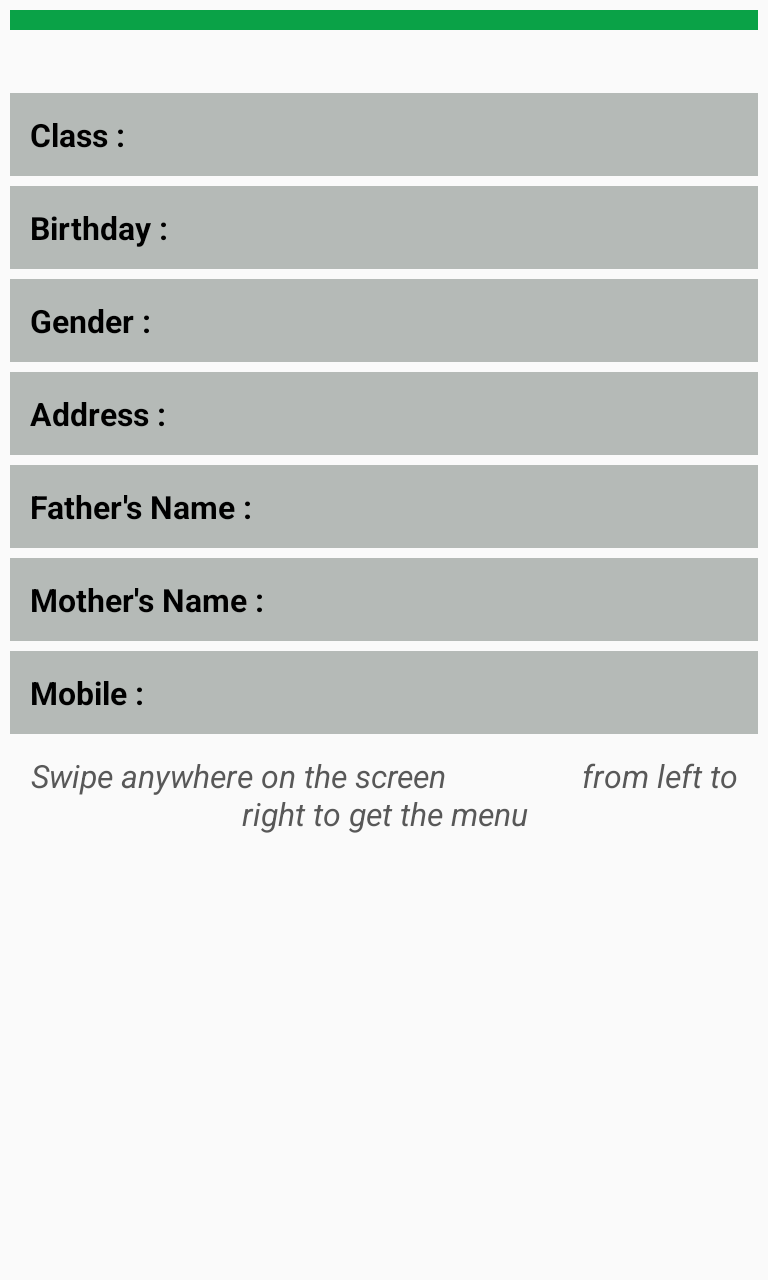
Repository: iguardian2015/iguardian-litchi
Layout: iguardian/res/layout/costum_main_student.xml
The author's editor kept a copy of each file at every save. The layout is drawn from the files as they stood at one save, then again after the next save.
It is drawn on a 768 x 1280 px phone screen (xhdpi) without system bars, with theme AppTheme; the app's code is not run.

Above is the layout before, as saved 2015-01-03 21:43:09.

### iguardian/res/layout/costum_main_student.xml
<ScrollView xmlns:android="http://schemas.android.com/apk/res/android"
    xmlns:tools="http://schemas.android.com/tools"
    android:layout_width="fill_parent"
    android:layout_height="fill_parent"
    tools:context=".ComposeMessage" >

    <LinearLayout
        android:layout_width="match_parent"
        android:layout_height="wrap_content"
        android:layout_centerInParent="false"
        android:orientation="vertical"
        android:padding="5dp" >

        <ImageView
            android:id="@+id/student_image"
            android:layout_width="fill_parent"
            android:layout_height="fill_parent"
            android:layout_gravity="center"
            android:background="#0AA247"
            android:padding="5dp" />

        <TextView
            android:id="@+id/student_name"
            android:layout_width="fill_parent"
            android:layout_height="wrap_content"
            android:gravity="center"
            android:padding="5dp"
            android:textColor="#000000"
            android:textSize="16sp"
            android:textStyle="bold" />

        <LinearLayout
            android:layout_width="match_parent"
            android:layout_height="wrap_content"
            android:layout_centerInParent="false"
            android:layout_marginBottom="5dp"
            android:background="#B5BAB7"
            android:orientation="horizontal"
            android:padding="5dp" >

            <TextView
                android:id="@+id/student_classs"
                android:layout_width="wrap_content"
                android:layout_height="wrap_content"
                android:gravity="left"
                android:padding="5dp"
                android:text="Class :"
                android:textColor="#000000"
                android:textSize="16sp"
                android:textStyle="bold" />

            <TextView
                android:id="@+id/student_class"
                android:layout_width="wrap_content"
                android:layout_height="wrap_content"
                android:padding="5dp"
                android:textColor="#000000"
                android:textSize="14sp"
                android:textStyle="italic" />
        </LinearLayout>

        <LinearLayout
            android:layout_width="match_parent"
            android:layout_height="wrap_content"
            android:layout_centerInParent="false"
            android:layout_marginBottom="5dp"
            android:background="#B5BAB7"
            android:orientation="horizontal"
            android:padding="5dp" >

            <TextView
                android:id="@+id/student_birth_dates"
                android:layout_width="wrap_content"
                android:layout_height="wrap_content"
                android:gravity="left"
                android:padding="5dp"
                android:text="Birthday :"
                android:textColor="#000000"
                android:textSize="16sp"
                android:textStyle="bold" />

            <TextView
                android:id="@+id/student_birth_date"
                android:layout_width="wrap_content"
                android:layout_height="wrap_content"
                android:padding="5dp"
                android:textColor="#000000"
                android:textSize="14sp"
                android:textStyle="italic"
                android:typeface="sans" />
        </LinearLayout>

        <LinearLayout
            android:layout_width="match_parent"
            android:layout_height="wrap_content"
            android:layout_centerInParent="false"
            android:layout_marginBottom="5dp"
            android:background="#B5BAB7"
            android:orientation="horizontal"
            android:padding="5dp" >

            <TextView
                android:id="@+id/student_genders"
                android:layout_width="wrap_content"
                android:layout_height="wrap_content"
                android:gravity="left"
                android:padding="5dp"
                android:text="Gender :"
                android:textColor="#000000"
                android:textSize="16sp"
                android:textStyle="bold" />

            <TextView
                android:id="@+id/student_gender"
                android:layout_width="wrap_content"
                android:layout_height="wrap_content"
                android:padding="5dp"
                android:textColor="#000000"
                android:textSize="14sp"
                android:textStyle="italic" />
        </LinearLayout>

        <LinearLayout
            android:layout_width="match_parent"
            android:layout_height="wrap_content"
            android:layout_centerInParent="false"
            android:layout_marginBottom="5dp"
            android:background="#B5BAB7"
            android:orientation="horizontal"
            android:padding="5dp" >

            <TextView
                android:id="@+id/student_addresses"
                android:layout_width="wrap_content"
                android:layout_height="wrap_content"
                android:gravity="left"
                android:padding="5dp"
                android:text="Address :"
                android:textColor="#000000"
                android:textSize="16sp"
                android:textStyle="bold" />

            <TextView
                android:id="@+id/student_address"
                android:layout_width="wrap_content"
                android:layout_height="wrap_content"
                android:padding="5dp"
                android:textColor="#000000"
                android:textSize="14sp"
                android:textStyle="italic" />
        </LinearLayout>

        <LinearLayout
            android:layout_width="match_parent"
            android:layout_height="wrap_content"
            android:layout_centerInParent="false"
            android:layout_marginBottom="5dp"
            android:background="#B5BAB7"
            android:orientation="horizontal"
            android:padding="5dp" >

            <TextView
                android:id="@+id/student_father_names"
                android:layout_width="wrap_content"
                android:layout_height="wrap_content"
                android:gravity="left"
                android:padding="5dp"
                android:text="Father&apos;s Name :"
                android:textColor="#000000"
                android:textSize="16sp"
                android:textStyle="bold" />

            <TextView
                android:id="@+id/student_father_name"
                android:layout_width="wrap_content"
                android:layout_height="wrap_content"
                android:padding="5dp"
                android:textColor="#000000"
                android:textSize="14sp"
                android:textStyle="italic"
                android:typeface="sans" />
        </LinearLayout>

        <LinearLayout
            android:layout_width="match_parent"
            android:layout_height="wrap_content"
            android:layout_centerInParent="false"
            android:layout_marginBottom="5dp"
            android:background="#B5BAB7"
            android:orientation="horizontal"
            android:padding="5dp" >

            <TextView
                android:id="@+id/student_mother_names"
                android:layout_width="wrap_content"
                android:layout_height="wrap_content"
                android:gravity="left"
                android:padding="5dp"
                android:text="Mother&apos;s Name :"
                android:textColor="#000000"
                android:textSize="16sp"
                android:textStyle="bold" />

            <TextView
                android:id="@+id/student_mother_name"
                android:layout_width="wrap_content"
                android:layout_height="wrap_content"
                android:padding="5dp"
                android:textColor="#000000"
                android:textSize="14sp"
                android:textStyle="italic" />
        </LinearLayout>

        <LinearLayout
            android:layout_width="match_parent"
            android:layout_height="wrap_content"
            android:layout_centerInParent="false"
            android:layout_marginBottom="5dp"
            android:background="#B5BAB7"
            android:orientation="horizontal"
            android:padding="5dp" >

            <TextView
                android:id="@+id/student_mobile"
                android:layout_width="wrap_content"
                android:layout_height="wrap_content"
                android:gravity="left"
                android:padding="5dp"
                android:text="Mobile :"
                android:textColor="#000000"
                android:textSize="16sp"
                android:textStyle="bold" />

            <TextView
                android:id="@+id/no_of_communication"
                android:layout_width="fill_parent"
                android:layout_height="wrap_content"
                android:padding="5dp"
                android:textColor="#000000"
                android:textSize="14sp"
                android:textStyle="italic" />
        </LinearLayout>

        <TextView
            android:id="@+id/swipe_anywhere"
            android:layout_width="match_parent"
            android:layout_height="wrap_content"
            android:gravity="center"
            android:padding="5dp"
            android:text="Swipe anywhere on the screen
                from left to right to get the menu"
            android:textColor="#585858"
            android:textSize="16sp"
            android:textStyle="italic" />
    </LinearLayout>

</ScrollView>

### iguardian/res/values/styles.xml
<resources>

    <!--
        Base application theme, dependent on API level. This theme is replaced
        by AppBaseTheme from res/values-vXX/styles.xml on newer devices.
    -->
    <style name="AppBaseTheme" parent="Theme.AppCompat.Light">
        <!--
            Theme customizations available in newer API levels can go in
            res/values-vXX/styles.xml, while customizations related to
            backward-compatibility can go here.
        -->
    </style>

    <!-- Application theme. -->
    <style name="AppTheme" parent="AppBaseTheme">
        <!-- All customizations that are NOT specific to a particular API-level can go here. -->
    </style>

    <style name="DefaultButtonText">
       <item name="android:layout_width">fill_parent</item>
        <item name="android:layout_height">wrap_content</item>
        <item name="android:textColor">#FFFFFF</item>
        <item name="android:gravity">center</item>
        <item name="android:layout_margin">3dp</item>
        <item name="android:textStyle">normal</item>
        <item name="android:textSize">20sp</item>
        <item name="android:shadowColor">#f9f9f9</item>
        <item name="android:shadowDx">1</item>
        <item name="android:shadowDy">1</item>
        <item name="android:shadowRadius">1</item>
    </style>

    <style name="btnStyleBeige" parent="@android:style/Widget.Button">
       <item name="android:textSize">15sp</item>
       <item name="android:textStyle">bold</item>
       <item name="android:textColor">#5d6153</item>
       <item name="android:gravity">center</item>
       <item name="android:shadowColor">#000000</item>
       <item name="android:shadowDx">1</item>
       <item name="android:shadowDy">1</item>
       <item name="android:shadowRadius">0.6</item>
       <item name="android:background">@drawable/custom_button</item>
       <item name="android:padding">10dip</item>
   </style>

</resources>

Loaded but not shown: iguardian/res/values-v11/styles.xml (common file); iguardian/res/values-v14/styles.xml (common file)

After the next save:
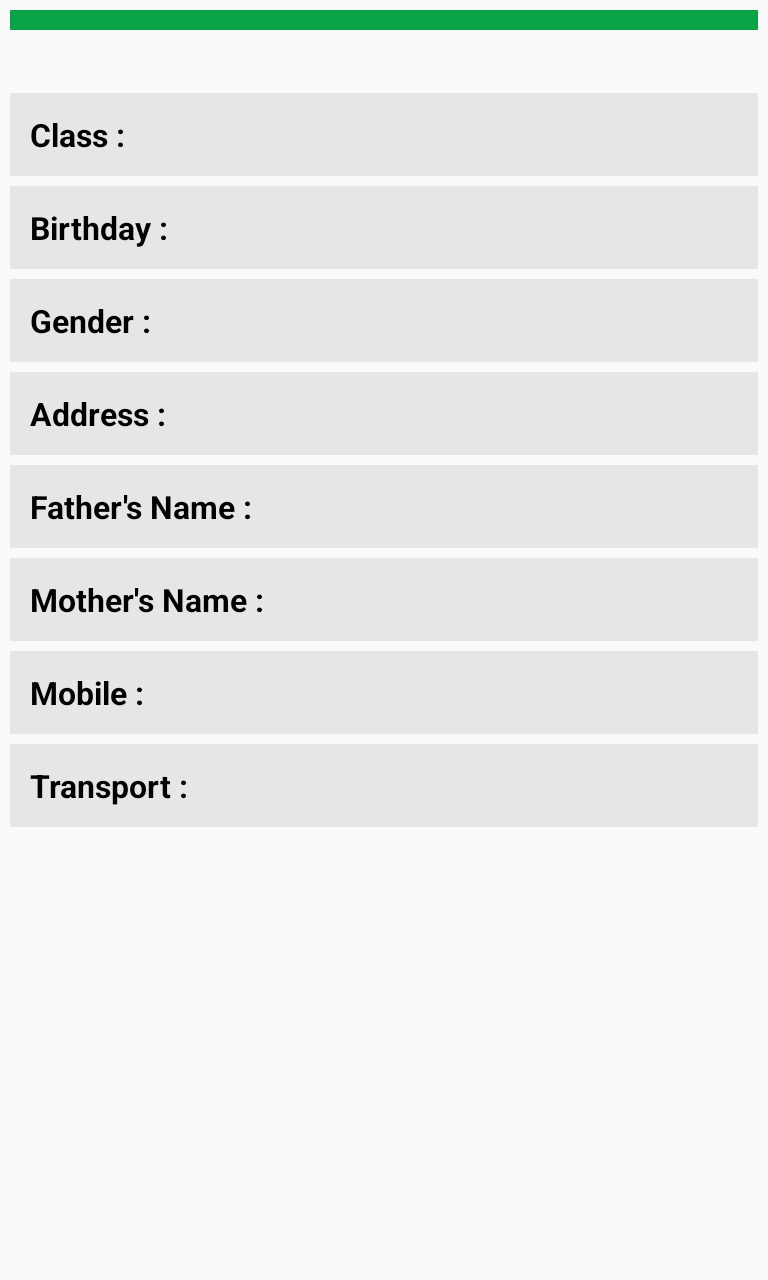
Saved 56 s later.
--- a/iguardian/res/layout/costum_main_student.xml
+++ b/iguardian/res/layout/costum_main_student.xml
@@ -6,7 +6,7 @@
 
     <LinearLayout
         android:layout_width="match_parent"
-        android:layout_height="wrap_content"
+        android:layout_height="match_parent"
         android:layout_centerInParent="false"
         android:orientation="vertical"
         android:padding="5dp" >
@@ -34,7 +34,7 @@
             android:layout_height="wrap_content"
             android:layout_centerInParent="false"
             android:layout_marginBottom="5dp"
-            android:background="#B5BAB7"
+            android:background="#E6E6E6"
             android:orientation="horizontal"
             android:padding="5dp" >
 
@@ -64,7 +64,7 @@
             android:layout_height="wrap_content"
             android:layout_centerInParent="false"
             android:layout_marginBottom="5dp"
-            android:background="#B5BAB7"
+            android:background="#E6E6E6"
             android:orientation="horizontal"
             android:padding="5dp" >
 
@@ -95,7 +95,7 @@
             android:layout_height="wrap_content"
             android:layout_centerInParent="false"
             android:layout_marginBottom="5dp"
-            android:background="#B5BAB7"
+            android:background="#E6E6E6"
             android:orientation="horizontal"
             android:padding="5dp" >
 
@@ -125,7 +125,7 @@
             android:layout_height="wrap_content"
             android:layout_centerInParent="false"
             android:layout_marginBottom="5dp"
-            android:background="#B5BAB7"
+            android:background="#E6E6E6"
             android:orientation="horizontal"
             android:padding="5dp" >
 
@@ -155,7 +155,7 @@
             android:layout_height="wrap_content"
             android:layout_centerInParent="false"
             android:layout_marginBottom="5dp"
-            android:background="#B5BAB7"
+            android:background="#E6E6E6"
             android:orientation="horizontal"
             android:padding="5dp" >
 
@@ -186,7 +186,7 @@
             android:layout_height="wrap_content"
             android:layout_centerInParent="false"
             android:layout_marginBottom="5dp"
-            android:background="#B5BAB7"
+            android:background="#E6E6E6"
             android:orientation="horizontal"
             android:padding="5dp" >
 
@@ -216,7 +216,7 @@
             android:layout_height="wrap_content"
             android:layout_centerInParent="false"
             android:layout_marginBottom="5dp"
-            android:background="#B5BAB7"
+            android:background="#E6E6E6"
             android:orientation="horizontal"
             android:padding="5dp" >
 
@@ -241,17 +241,47 @@
                 android:textStyle="italic" />
         </LinearLayout>
 
+        <LinearLayout
+            android:layout_width="match_parent"
+            android:layout_height="wrap_content"
+            android:layout_centerInParent="false"
+            android:layout_marginBottom="5dp"
+            android:background="#E6E6E6"
+            android:orientation="horizontal"
+            android:padding="5dp" >
+
+            <TextView
+                android:id="@+id/transportview"
+                android:layout_width="wrap_content"
+                android:layout_height="wrap_content"
+                android:gravity="left"
+                android:padding="5dp"
+                android:text="Transport :"
+                android:textColor="#000000"
+                android:textSize="16sp"
+                android:textStyle="bold" />
+
+            <TextView
+                android:id="@+id/transport"
+                android:layout_width="fill_parent"
+                android:layout_height="wrap_content"
+                android:padding="5dp"
+                android:textColor="#000000"
+                android:textSize="14sp"
+                android:textStyle="italic" />
+        </LinearLayout>
+
         <TextView
             android:id="@+id/swipe_anywhere"
             android:layout_width="match_parent"
             android:layout_height="wrap_content"
             android:gravity="center"
             android:padding="5dp"
-            android:text="Swipe anywhere on the screen
-                from left to right to get the menu"
+
+
             android:textColor="#585858"
             android:textSize="16sp"
-            android:textStyle="italic" />
+            android:textStyle="normal" />
     </LinearLayout>
 
 </ScrollView>
